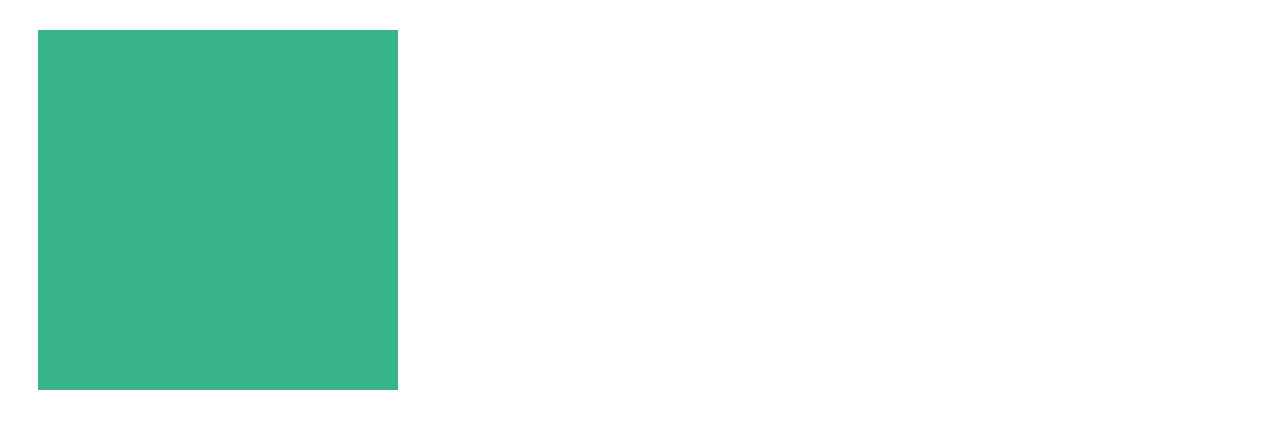
Repository: kawasemi70/1-3
Page: box1-3/box.html
The author's editor kept a record of every edit. The page is drawn from the files as they stood at one moment, then again after the next edit.
The browser window is 1280 px wide. The pictures show the whole page.

Above is the page before.

After the next edit:
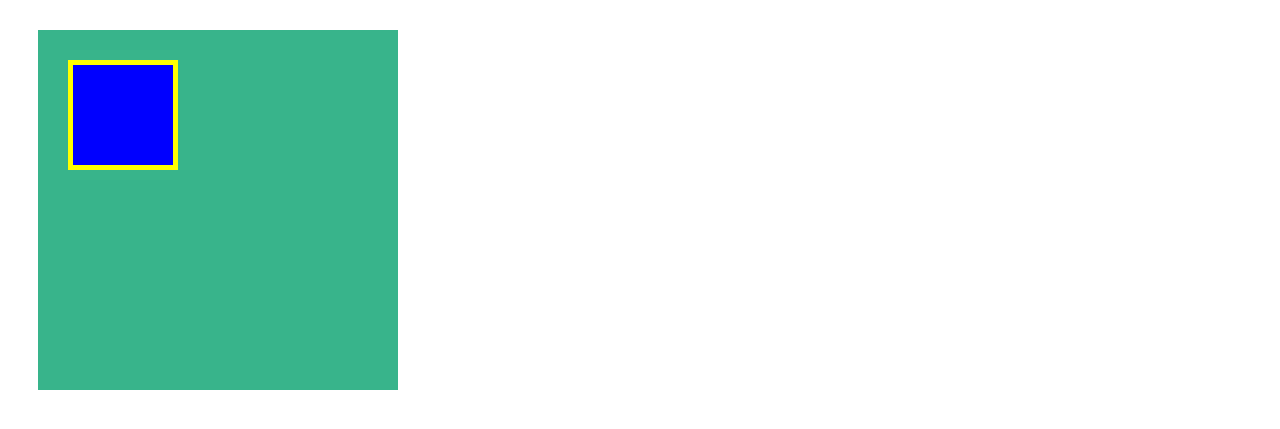
The edit:
--- a/box1-3/box.html
+++ b/box1-3/box.html
@@ -7,6 +7,8 @@
   </head>
 
   <body>
-    <div class="box1"></div>
+    <div class="box1">
+    <div class="box2"></div>
+    <div/>
   </body>
 </html>
